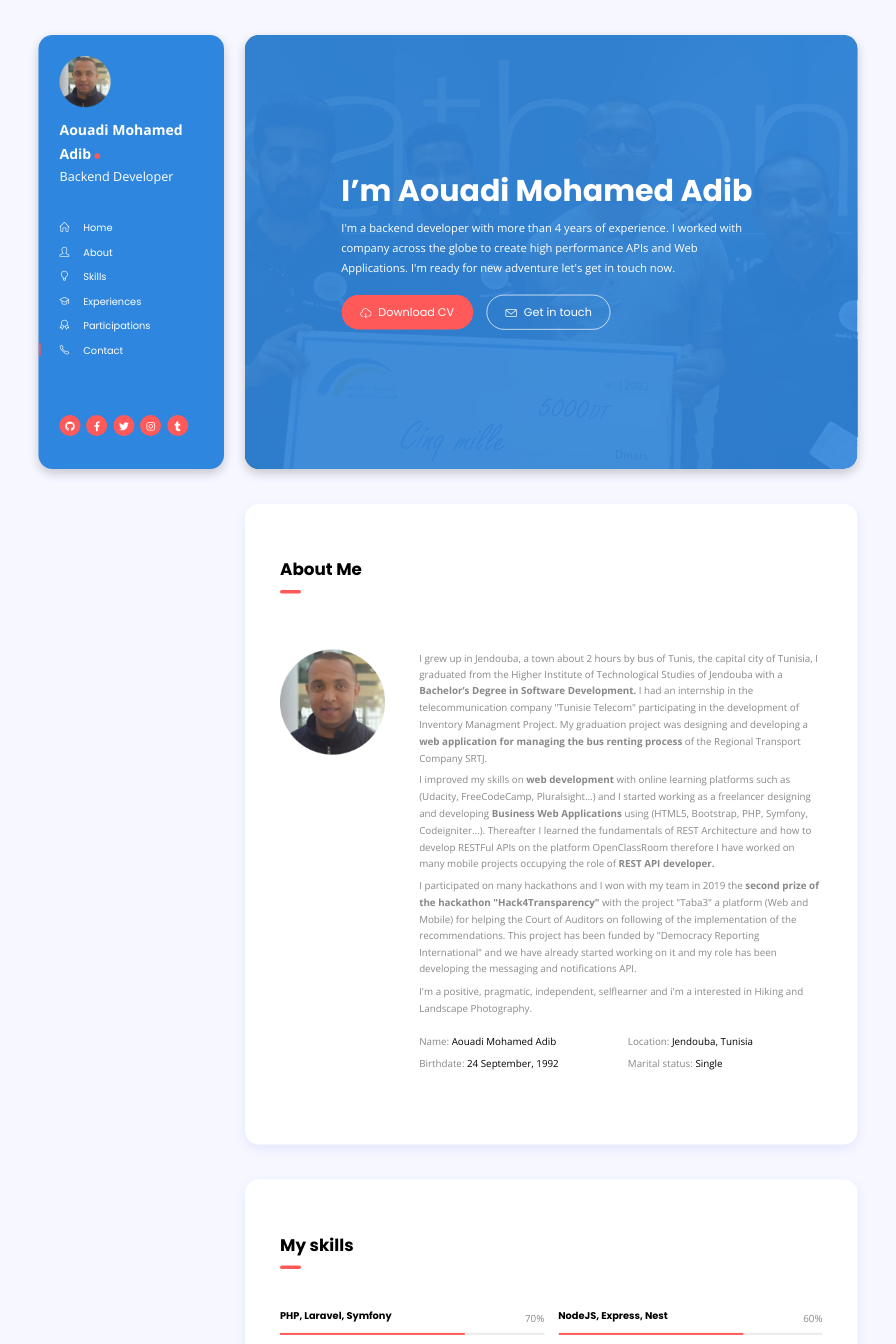
Repository: Adib128/Adib128.github.io
Page: index.html
The author's editor kept a copy of each file at every save. The page is drawn from the files as they stood at one save, then again after the next save.
The browser window is 1280 px wide. The pictures show the part of the page from y = 0 to 1920 px (the page is 5729 px tall), at 70% of full size.

Above is the page before, as saved 2021-10-21 17:35:16.

### index.html
<!DOCTYPE html>
<html lang="en-US">

<head>
	<meta http-equiv="Content-Type" content="text/html; charset=UTF-8">
	<title>Adib - Backend Developer</title>
	<meta name="description" content="Aouadi Mohamed Adib - Backend Developer">
	<meta name="viewport" content="width=device-width, initial-scale=1, maximum-scale=1">
	<link rel="shortcut icon" type="image/x-icon" href="images\favicon.ico">

	<!-- STYLESHEETS -->
	<link rel="stylesheet" href="css\bootstrap.min.css" type="text/css" media="all">
	<link rel="stylesheet" href="css\all.min.css" type="text/css" media="all">
	<link rel="stylesheet" href="css\simple-line-icons.css" type="text/css" media="all">
	<link rel="stylesheet" href="css\slick.css" type="text/css" media="all">
	<link rel="stylesheet" href="css\jquery.mCustomScrollbar.min.css" type="text/css" media="all">
	<link rel="stylesheet" href="css\style.css" type="text/css" media="all">
</head>

<body>

	<!-- preloader -->
	<div id="preloader">
		<div class="outer">
			<div class="spinner">
				<div class="dot1"></div>
				<div class="dot2"></div>
			</div>
		</div>
	</div>

	<!-- site wrapper -->
	<div class="site-wrapper">

		<!-- mobile header -->
		<div class="mobile-header py-2 px-3 mt-4">
			<button class="menu-icon mr-2">
				<span></span>
				<span></span>
				<span></span>
			</button>
			<a href="index.html" class="logo"><img src="images\logo.png" alt="Aouadi Mohamed Adib"></a>
			<a href="index.html" class="site-title dot ml-2">Aouadi Mohamed Adib</a>
		</div>

		<!-- header -->
		<header class="left float-left shadow-dark" id="header">
			<button type="button" class="close" aria-label="Close">
				<span aria-hidden="true">&times;</span>
			</button>
			<div class="header-inner d-flex align-items-start flex-column">
				<a href="index.html"><img src="images\logo.png" alt="Aouadi Mohamed Adib"></a>
				<a href="index.html" class="site-title dot mt-3">Aouadi Mohamed Adib</a>
				<span class="site-slogan">Backend Developer</span>

				<!-- navigation menu -->
				<nav>
					<ul class="vertical-menu scrollspy">
						<li><a href="#home" class="active"><i class="icon-home"></i>Home</a></li>
						<li><a href="#about"><i class="icon-user"></i>About</a></li>
						<li><a href="#skills"><i class="icon-bulb"></i>Skills</a></li>
						<li><a href="#resume"><i class="icon-graduation"></i>Experiences</a></li>
						<li><a href="#participation"><i class="icon-badge"></i>Participations</a></li>
						<li><a href="#contact"><i class="icon-phone"></i>Contact</a></li>
					</ul>
				</nav>

				<!-- footer -->
				<div class="footer mt-auto">

					<!-- social icons -->
					<ul class="social-icons list-inline">
						<li class="list-inline-item"><a href="https://github.com/Adib128/" target="_blank"><i
									class="fab fa-github"></i></a></li>
						<li class="list-inline-item"><a href="https://www.facebook.com/aouadi.adib/" target="_blank"><i
									class="fab fa-facebook-f"></i></a></li>
						<li class="list-inline-item"><a href="https://twitter.com/Adib128" target="_blank"><i
									class="fab fa-twitter"></i></a></li>
						<li class="list-inline-item"><a href="https://www.instagram.com/aouadi.adib/" target="_blank"><i
									class="fab fa-instagram"></i></a></li>
						<li class="list-inline-item"><a href="https://adib128.tumblr.com/" target="_blank"><i
									class="fab fa-tumblr"></i></a></li>
					</ul>
				</div>
			</div>
		</header>

		<!-- main content area -->
		<main class="content float-right">

			<!-- section hero -->
			<section class="hero background parallax shadow-dark d-flex align-items-center" id="home"
				data-image-src="images/adib.jpg">
				<div class="cta mx-auto mt-2">
					<h1 class="mt-0 mb-4">I’m Aouadi Mohamed Adib</h1>
					<p class="mb-4">
						I'm a backend developer with more than 4 years of experience. I worked with company
						across the globe to create high performance APIs and Web Applications.
						I'm ready for new adventure let's get in touch now.
					</p>
					<a href="./cv/cv_aouadi_mohamed_adib.pdf" target="_blank" class="btn btn-default btn-lg mr-3"><i
							class="icon-cloud-download" download></i>Download CV</a>
					<a href="#contact" class="btn btn-border-light btn-lg"><i class="icon-envelope"></i>Get in touch</a>
				</div>
				<div class="overlay"></div>
			</section>

			<!-- section about -->
			<section id="about" class="shadow-blue white-bg padding">
				<h3 class="section-title">About Me</h3>
				<div class="spacer" data-height="80"></div>

				<div class="row">
					<div class="col-md-3">
						<img src="images\about.png" alt="about">
					</div>
					<div class="col-md-9">
						<p class="mb-0">
							I grew up in Jendouba, a town about 2 hours by bus of Tunis, the capital city of Tunisia, I
							graduated from the Higher Institute of Technological Studies of Jendouba
							with a <b>Bachelor’s Degree in Software Development.</b> I had an internship in the
							telecommunication company "Tunisie Telecom" participating in the development of Inventory
							Managment Project.
							My graduation project was designing and developing a <b> web application for managing the
								bus renting process </b> of the Regional Transport Company SRTJ.
						<div class="spacer" data-height="8"></div>
						I improved my skills on <b> web development </b> with online learning platforms such as
						(Udacity, FreeCodeCamp, Pluralsight...)
						and I started working as a freelancer designing and developing <b> Business Web Applications
						</b> using (HTML5, Bootstrap, PHP, Symfony, Codeigniter...).
						Thereafter I learned the fundamentals of REST Architecture and how to develop RESTFul APIs on
						the platform OpenClassRoom therefore I have worked on many mobile projects occupying the role
						of<b> REST API developer. </b>
						<div class="spacer" data-height="8"></div>
						I participated on many hackathons and I won with my team in 2019 the <b> second prize of the
							hackathon "Hack4Transparency" </b> with the project "Taba3" a platform (Web and Mobile) for
						helping the
						Court of Auditors on following of the implementation of the recommendations.
						This project has been funded by "Democracy Reporting International" and we have already started
						working on it and my role has been developing the messaging and notifications API.
						<div class="spacer" data-height="8"></div>
						I'm a positive, pragmatic, independent, selflearner and i'm a interested in Hiking and Landscape
						Photography.

						</p>
						<div class="row my-4">
							<div class="col-md-6">
								<p class="mb-2">Name: <span class="text-dark">Aouadi Mohamed Adib</span></p>
								<p class="mb-0">Birthdate: <span class="text-dark">24 September, 1992</span></p>
							</div>
							<div class="col-md-6 mt-2 mt-md-0 mt-sm-2">
								<p class="mb-2">Location: <span class="text-dark">Jendouba, Tunisia</span></p>
								<p class="mb-0">Marital status: <span class="text-dark">Single</span></p>
							</div>
						</div>
					</div>
				</div>
			</section>

			<!-- section skills -->
			<section id="skills" class="shadow-blue white-bg padding">
				<h3 class="section-title">My skills</h3>
				<div class="spacer" data-height="10"></div>

				<div class="row mt-5">

					<div class="col-md-6">
						<!-- skill item -->
						<div class="skill-item">
							<div class="skill-info clearfix">
								<h4 class="float-left mb-3 mt-0">PHP, Laravel, Symfony</h4>
								<span class="float-right">70%</span>
							</div>
							<div class="progress">
								<div class="progress-bar" role="progressbar" aria-valuemin="0" aria-valuemax="100"
									aria-valuenow="70">
								</div>
							</div>
							<div class="spacer" data-height="50"></div>
						</div>
					</div>

					<div class="col-md-6">
						<!-- skill item -->
						<div class="skill-item">
							<div class="skill-info clearfix">
								<h4 class="float-left mb-3 mt-0">NodeJS, Express, Nest</h4>
								<span class="float-right">60%</span>
							</div>
							<div class="progress">
								<div class="progress-bar" role="progressbar" aria-valuemin="0" aria-valuemax="100"
									aria-valuenow="70">
								</div>
							</div>
							<div class="spacer" data-height="50"></div>
						</div>
					</div>

					<div class="col-md-6">
						<!-- skill item -->
						<div class="skill-item">
							<div class="skill-info clearfix">
								<h4 class="float-left mb-3 mt-0">SQL, MySQL</h4>
								<span class="float-right">70%</span>
							</div>
							<div class="progress">
								<div class="progress-bar" role="progressbar" aria-valuemin="0" aria-valuemax="100"
									aria-valuenow="70">
								</div>
							</div>
							<div class="spacer" data-height="50"></div>
						</div>
					</div>

					<div class="col-md-6">
						<!-- skill item -->
						<div class="skill-item">
							<div class="skill-info clearfix">
								<h4 class="float-left mb-3 mt-0">NoSQL, MongoDB</h4>
								<span class="float-right">50%</span>
							</div>
							<div class="progress">
								<div class="progress-bar" role="progressbar" aria-valuemin="0" aria-valuemax="100"
									aria-valuenow="50">
								</div>
							</div>
							<div class="spacer" data-height="50"></div>
						</div>
					</div>

					<div class="col-md-6">
						<!-- skill item -->
						<div class="skill-item">
							<div class="skill-info clearfix">
								<h4 class="float-left mb-3 mt-0">HTML, Bootstrap</h4>
								<span class="float-right">60%</span>
							</div>
							<div class="progress">
								<div class="progress-bar" role="progressbar" aria-valuemin="0" aria-valuemax="100"
									aria-valuenow="60">
								</div>
							</div>
							<div class="spacer" data-height="50"></div>
						</div>
					</div>

					<div class="col-md-6">
						<!-- skill item -->
						<div class="skill-item">
							<div class="skill-info clearfix">
								<h4 class="float-left mb-3 mt-0">Git, Docker</h4>
								<span class="float-right">70%</span>
							</div>
							<div class="progress">
								<div class="progress-bar" role="progressbar" aria-valuemin="0" aria-valuemax="100"
									aria-valuenow="70">
								</div>
							</div>
							<div class="spacer" data-height="50"></div>
						</div>
					</div>

				</div>
			</section>

			<!-- section experience -->
			<section id="resume" class="shadow-blue white-bg padding">
				<h3 class="section-title">Experience</h3>
				<div class="spacer" data-height="80"></div>

				<!-- timeline -->
				<div class="timeline">
					<div class="entry">
						<div class="title">
							<span>2018 - Present</span>
						</div>
						<div class="body">
							<h4 class="mt-0">Software Developer</h4>
							<ul>
								<li> Analyzing and studying the company's business needs. </li>
								<li> Participating in the development of business web applications.</li>
								<li> Developing new features for the existing applications</li>
								<li> Migrating and structuring data from classic databases.</li>
								<li> Supporting staff for the best usage of the applications.</li>
							</ul>
							<p> <i class="fa fa-building"></i><b> Regional Transport Company of Jendouba</b> , Tunisia
							</p>
						</div>
					</div>
					<div class="entry">
						<div class="title">
							<span> 2021</span>
						</div>
						<div class="body">
							<h4 class="mt-0">Backend Developer</h4>
							<ul>
								<li>Participation in the analyze of the project "Taba3".</li>
								<li>Development and documentation of the RESTFUL API.</li>
								<li>Test and Deployment of the project.</li>
							</ul>
							<p> <i class="fa fa-building"></i><b> Court of Auditors Tunisia</b> , Tunisia
							</p>
						</div>
					</div>
					<div class="entry">
						<div class="title">
							<span>2016 - 2018</span>
						</div>
						<div class="body">
							<h4 class="mt-0">Freelance Web Developer</h4>
							<ul>
								<li> Analyzing and studying customers needs. </li>
								<li> Database creation, integration, and management. </li>
								<li> Developing and maintaining well documented RESTful API's. </li>
								<li> Developing backend components and connect the application with third-party
									services.</li>
								<li> Testing and Debuging the developed functions and services.</li>
							</ul>
							<p> <i class="fa fa-globe"></i><b> Freelance</b>
							</p>
						</div>
					</div>
					<div class="entry">
						<div class="title">
							<span>January to May 2014</span>
						</div>
						<div class="body">
							<h4 class="mt-0">Internship/Graduation project</h4>
							<ul>
								<li> Analyze The Business Case of Bus Renting Management </li>
								<li> Development of a Web Application for Renting Bus Managment </li>
								<li> Test and Deployment of the Application </li>
							</ul>
							<p> <i class="fa fa-building"></i><b> Regional Transport Company of Jendouba</b> , Tunisia
							</p>
						</div>
					</div>
					<div class="entry">
						<div class="title">
							<span>July 2013</span>
						</div>
						<div class="body">
							<h4 class="mt-0">Web Developer Intern</h4>
							<ul>
								<li> Participation in the development of Inventory Managment Project </li>
							</ul>
							<p> <i class="fa fa-building"></i><b> Tunisie Telecom</b>, Tunisia </p>
						</div>
					</div>
					<div class="entry">
						<div class="title">
							<span>2011 - 2014</span>
						</div>
						<div class="body">
							<h4 class="mt-0">Bachelor’s Degree in Software Development</h4>
							<p> <i class="fa fa-building"></i><b> Higher Institute of Technological Studies Jendouba</b>
								, Tunisia </p>
						</div>
					</div>
					<span class="timeline-line"></span>
				</div>
			</section>

			<!-- section blog -->
			<section id="participation" class="shadow-blue white-bg padding">
				<h3 class="section-title">Participations</h3>
				<div class="spacer" data-height="80"></div>

				<div class="row">

					<div class="col-md-4">
						<!-- blog item -->
						<div class="blog-item">
							<div class="thumb">
								<a href="http://www.courdescomptes.nat.tn/Fr/actualites_7_22_D123" target="_blank">
									<img src="images\blog\hack_01.jpg" alt="blog-title">
							</div>
							<h4 class="mt-4 mb-0">Hackathon Hack4Transparency</h4>
							<ul class="list-inline meta mb-0 mt-3">
								<li class="list-inline-item">Awarded second place with the project "Taba3" a web and
									mobile app for monitoring of the implementation of the recommendations by Court of
									Auditors. </li>
							</ul>
							</a>
						</div>
						<div class="spacer" data-height="50"></div>
					</div>

					<div class="col-md-4">
						<!-- blog item -->
						<div class="blog-item">
							<div class="thumb">
								<a href="https://ieee.tn/event/ieee-tunisia-apps-for-democracy-challenge/"
									target="_blank">
									<img src="images\blog\hack_02.jpg" alt="blog-title">
								</a>
							</div>
							<h4 class="mt-4 mb-0">IEEE Tunisia Apps for democracy Hackathon</h4>
							<ul class="list-inline meta mb-0 mt-3">
								<li class="list-inline-item">Awarded from the top five projects and honored by the
									minister of technology with a web app helps hospitals in managing the appointments.
								</li>
							</ul>
							</a>
						</div>
						<div class="spacer" data-height="50"></div>
					</div>

					<div class="col-md-4">
						<!-- blog item -->
						<div class="blog-item">
							<div class="thumb">
								<a href="https://www.worldbank.org/en/events/2017/01/05/maghreb-women-hackathon"
									target="_blank">
									<img src="images\blog\hack_05.jpg" alt="blog-title">

							</div>
							<h4 class="mt-4 mb-0">Mentor on the Hackathon Empower Her Tech4Women</h4>
							<ul class="list-inline meta mb-0 mt-3">
								<li class="list-inline-item">Helping participants on choosing the best tools and
									programming languages for developing their projects.</li>
							</ul>
							</a>
						</div>
					</div>

					<div class="col-md-4">
						<!-- blog item -->
						<div class="blog-item">
							<div class="thumb">
								<a href="https://www.facebook.com/events/589729551460478/permalink/595658370867596/"
									target="_blank">
									<img src="images\blog\hack_06.jpg" alt="blog-title">
							</div>
							<h4 class="mt-4 mb-0">Workshop Progressive Web App </h4>
							<ul class="list-inline meta mb-0 mt-3">
								<li class="list-inline-item">Hands on labs on development of Progressive Web
									Applications. </li>
							</ul>
							</a>
						</div>
					</div>

					<div class="col-md-4">
						<!-- blog item -->
						<div class="blog-item">
							<div class="thumb">
								<a href="https://www.meetup.com/fr-FR/GDG-Beja/photos/28817358/" target="_blank">
									<img src="images\blog\hack_08.jpg" alt="blog-title">

							</div>
							<h4 class="mt-4 mb-0">Workshop Symfony 4</h4>
							<ul class="list-inline meta mb-0 mt-3">
								<li class="list-inline-item">Hands on labs on developing web app with the symfony
									framework.</li>
							</ul>
							</a>
						</div>
					</div>



					<div class="col-md-4">
						<!-- blog item -->
						<div class="blog-item">
							<div class="thumb">
								<a>
									<img src="images\blog\hack_07.jpg" alt="blog-title">
								</a>
							</div>
							<h4 class="mt-4 mb-0">Workshop HTML5, CSS3, Javascript</h4>
							<ul class="list-inline meta mb-0 mt-3">
								<li class="list-inline-item">Helping participants to grow their level on the development
									of web pages using HTML5, CSS3 and Javascript.</li>
							</ul>
							</a>
						</div>
					</div>

				</div>

			</section>

			<!-- section contact -->
			<section id="contact" class="shadow-blue white-bg padding">
				<h3 class="section-title">Contact Me</h3>
				<div class="spacer" data-height="80"></div>

				<div class="row">

					<div class="col-md-4 mb-4 mb-md-0">
						<!-- contact info -->
						<div class="contact-info mb-5">
							<i class="icon-phone"></i>
							<div class="details">
								<h5>Phone</h5>
								<span>+216 52 715 075</span>
							</div>
						</div>
						<div class="contact-info mb-5">
							<i class="icon-envelope"></i>
							<div class="details">
								<h5>Email address</h5>
								<span>aouadi.adib@gmail.com</span>
							</div>
						</div>
						<div class="contact-info">
							<i class="icon-social-skype"></i>
							<div class="details">
								<h5>Skype</h5>
								<span>live:aouadi.adib_1</span>
							</div>
						</div>
					</div>

					<div class="col-md-8">
						<!-- Contact Form -->
						<form id="contact-form" class="contact-form" method="post">

							<div class="messages"></div>

							<div class="row">
								<div class="column col-md-6">
									<!-- Name input -->
									<div class="form-group">
										<input type="text" class="form-control" name="name" id="name"
											placeholder="Your name" required="required" data-error="Name is required.">
										<div class="help-block with-errors"></div>
									</div>
								</div>

								<div class="column col-md-6">
									<!-- Email input -->
									<div class="form-group">
										<input type="email" class="form-control" id="email" name="email"
											placeholder="Email address" required="required"
											data-error="Email is required.">
										<div class="help-block with-errors"></div>
									</div>
								</div>

								<div class="column col-md-12">
									<!-- Email input -->
									<div class="form-group">
										<input type="text" class="form-control" id="subject" name="subject"
											placeholder="Subject" required="required" data-error="Subject is required.">
										<div class="help-block with-errors"></div>
									</div>
								</div>

								<div class="column col-md-12">
									<!-- Message textarea -->
									<div class="form-group">
										<textarea name="message" id="message" class="form-control" rows="5"
											placeholder="Message" required="required"
											data-error="Message is required."></textarea>
										<div class="help-block with-errors"></div>
									</div>
								</div>
							</div>

							<button type="button" id="btn-sub" value="Submit" class="btn btn-default"><i
									class="icon-paper-plane"></i>Send Message</button><!-- Send Button -->

						</form>
						<!-- Contact Form end -->
					</div>

				</div>

			</section>

		</main>

	</div>

	<div class="modal fade" id="myModal" tabindex="-1" role="dialog" aria-labelledby="exampleModalLabel">
		<div class="modal-dialog" role="document">
			<div class="modal-content">
				<div class="modal-header">
					<button type="button" class="close" data-dismiss="modal" aria-label="Close"><span
							aria-hidden="true">&times;</span></button>
				</div>
				<div class="modal-body">
					<h4>Thank you for your contact i will reply you soon.</h4>
				</div>
				<div class="modal-footer">
					<button type="button" class="btn btn-default" data-dismiss="modal">Close</button>
				</div>
			</div>
		</div>
	</div>

	<!-- Go to top button -->
	<a href="javascript:" id="return-to-top"><i class="fa fa-chevron-up"></i></a>

	<!-- SCRIPTS -->
	<script src="js\jquery-1.12.3.min.js"></script>
	<script src="js\jquery.easing.min.js"></script>
	<script src="js\popper.min.js"></script>
	<script src="js\bootstrap.min.js"></script>
	<script src="js\jquery.waypoints.min.js"></script>
	<script src="js\jquery.counterup.min.js"></script>
	<script src="js\jquery.mCustomScrollbar.concat.min.js"></script>
	<script src="js\isotope.pkgd.min.js"></script>
	<script src="js\infinite-scroll.min.js"></script>
	<script src="js\imagesloaded.pkgd.min.js"></script>
	<script src="js\slick.min.js"></script>
	<script src="js\contact.js"></script>
	<script src="js\validator.js"></script>
	<script src="js\custom.js"></script>

</body>

</html>

Loaded but not shown: css/bootstrap.min.css (library); css/all.min.css (library); css/slick.css (library); css/jquery.mCustomScrollbar.min.css (library); js/jquery-1.12.3.min.js (library); js/jquery.easing.min.js (library); js/popper.min.js (library); js/bootstrap.min.js (library); js/jquery.waypoints.min.js (library); js/jquery.counterup.min.js (common file); js/jquery.mCustomScrollbar.concat.min.js (library); js/isotope.pkgd.min.js (library); js/infinite-scroll.min.js (library); js/imagesloaded.pkgd.min.js (library); js/slick.min.js (library); js/validator.js (385 lines, source omitted); js/custom.js (313 lines, source omitted); js/contact.js (46 lines, source omitted); css/style.css (1690 lines, source omitted); css/simple-line-icons.css (778 lines, source omitted)

After the next save:
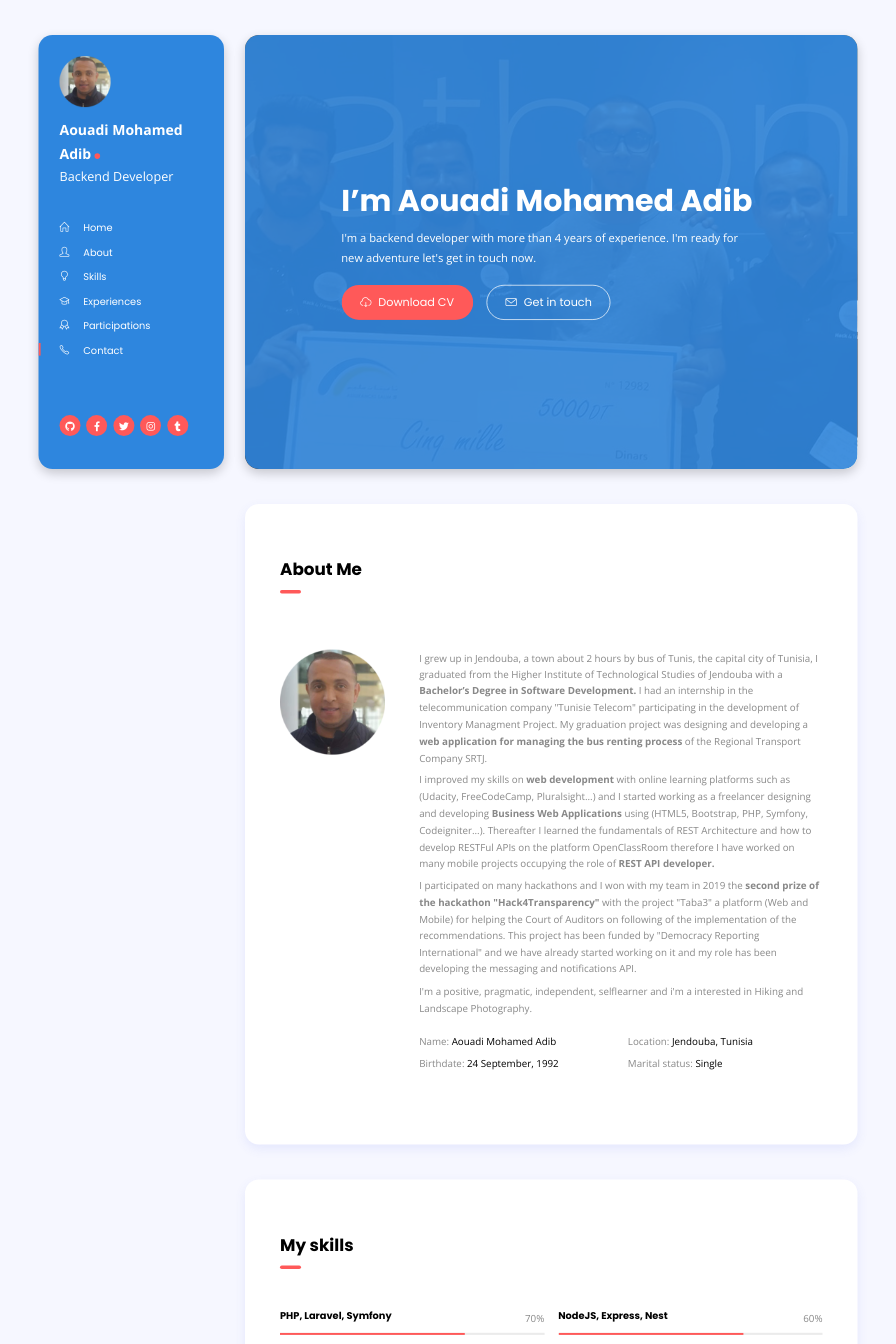
Saved 3 min 25 s later.
--- a/index.html
+++ b/index.html
@@ -94,8 +94,8 @@
 				<div class="cta mx-auto mt-2">
 					<h1 class="mt-0 mb-4">I’m Aouadi Mohamed Adib</h1>
 					<p class="mb-4">
-						I'm a backend developer with more than 4 years of experience. I worked with company
-						across the globe to create high performance APIs and Web Applications.
+						I'm a backend developer with more than 4 years of experience.
+
 						I'm ready for new adventure let's get in touch now.
 					</p>
 					<a href="./cv/cv_aouadi_mohamed_adib.pdf" target="_blank" class="btn btn-default btn-lg mr-3"><i
